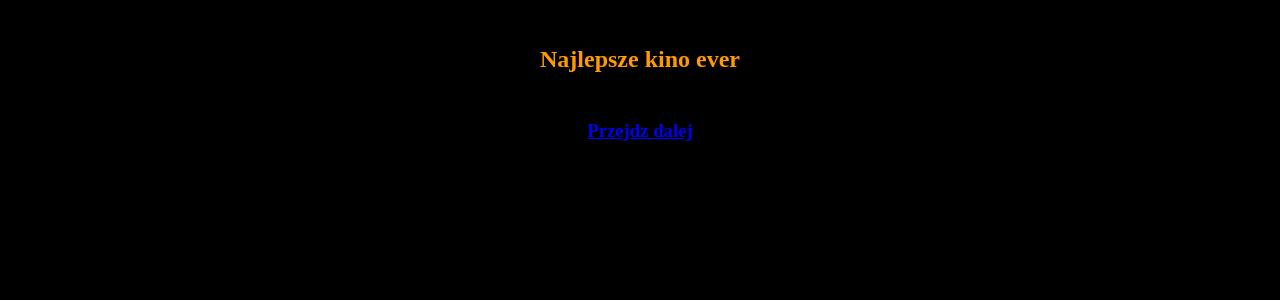
Repository: Gate4/Grupa-C
Page: http://localhost/KinoWebApp/
The author's editor kept a copy of each file at every save. The page is drawn from the files as they stood at one save, then again after the next save.
The browser window is 1280 px wide. The pictures show the whole page.
The page is served by Tomcat 9.

Above is the page before, as saved 2016-04-21 21:58:44.

After the next save:
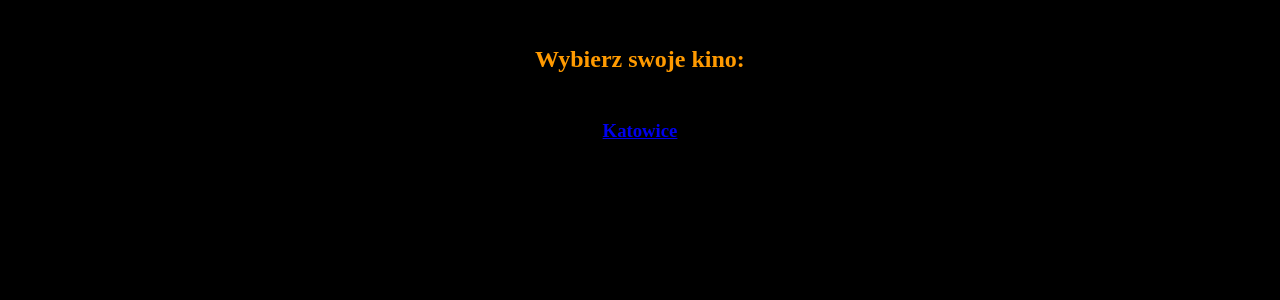
Saved 26 s later.
--- a/KinoWebApp/WebContent/index.jsp
+++ b/KinoWebApp/WebContent/index.jsp
@@ -13,10 +13,10 @@ body{
 	<br>
 	<div style="text-align:center">
 		<h2>
-			Najlepsze kino ever<br> <br>
+			Wybierz swoje kino:<br> <br>
 		</h2>
 		<h3>
-			<a href="welcome.html">Przejdz dalej</a>
+			<a href="welcome.html">Katowice</a>
 
 		</h3>
 	</div>
